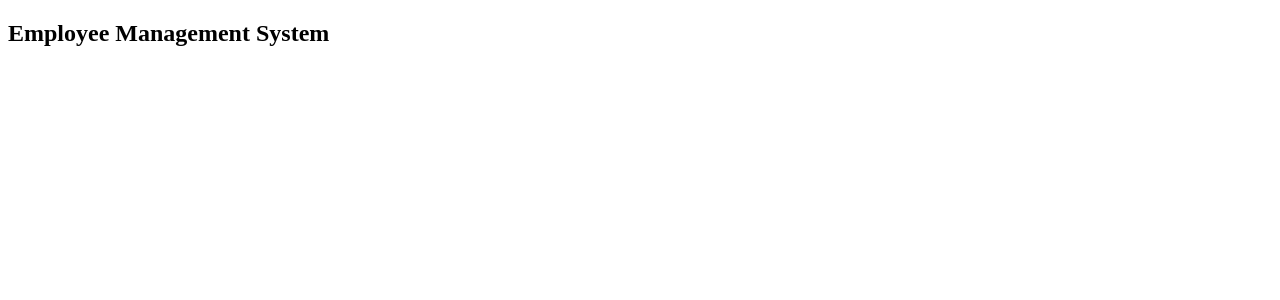
Repository: balinenibhanuprakash444/projects-All-Phases
Page: http://localhost/SpringBootWithJSPAndJPA/
An editor plug-in stored every save of this project. The page is shown before and after the next save, followed by the edit.
The browser window is 1280 px wide. The pictures show the whole page.
The page is served by Tomcat 9. Other server files are loaded and not shown.

Above is the page before, as saved 2022-03-24 07:00:29.

### SpringFrameWorks/SpringBootWithJSPAndJPA/src/main/webapp/index.jsp
<%@ page language="java" contentType="text/html; charset=ISO-8859-1"
    pageEncoding="ISO-8859-1"%>
<!DOCTYPE html>
<html>
<head>
<meta charset="ISO-8859-1">
<title>Insert title here</title>
</head>
<body>
<h2>Employee Management System</h2>
</body>
</html>

After the next save:
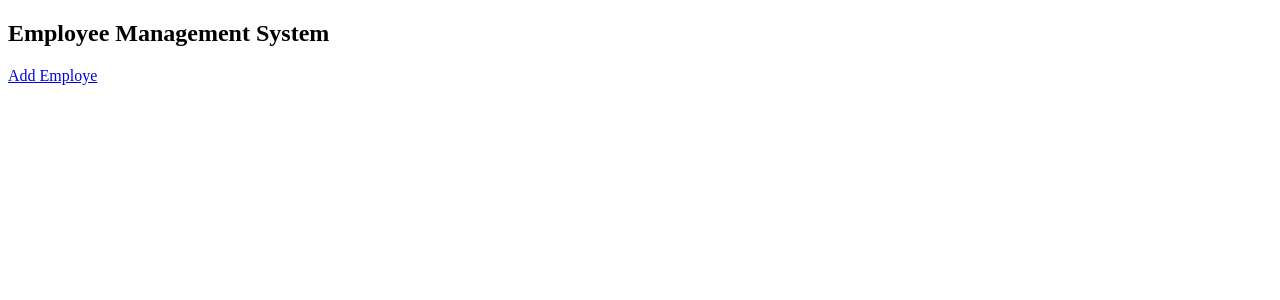
Saved 72 s later.
--- a/SpringFrameWorks/SpringBootWithJSPAndJPA/src/main/webapp/index.jsp
+++ b/SpringFrameWorks/SpringBootWithJSPAndJPA/src/main/webapp/index.jsp
@@ -8,5 +8,7 @@
 </head>
 <body>
 <h2>Employee Management System</h2>
+<a href="addEmployee.jsp">Add Employe</a>
+
 </body>
 </html>
